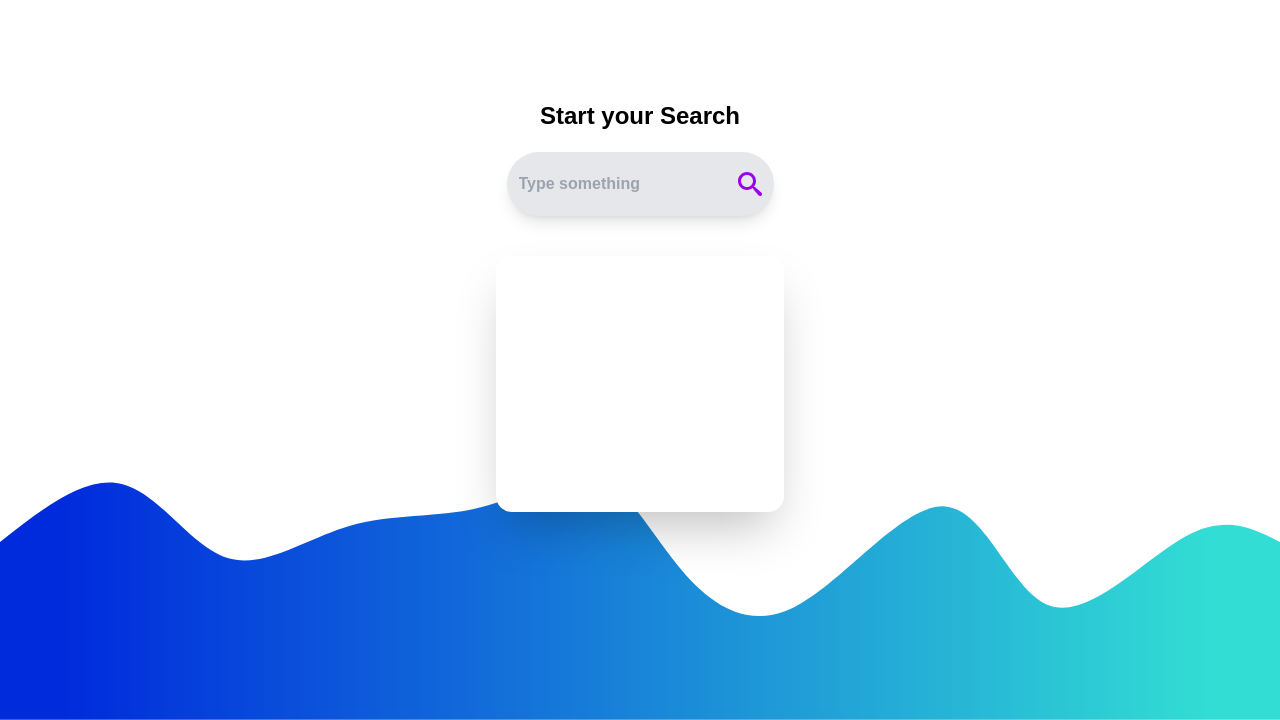
Repository: evergreenx/dictionary-octo
Page: /
An editor plug-in stored every save of this project. The page is shown before and after the next save, followed by the edit.
The browser window is 1280 px wide. The pictures show the whole page.
The page's requests for data from a server got no answer. The project was rebuilt for these pictures with package versions that can differ from the ones it lists, and the page was loaded fresh each time. The framework's server and built-in components were replaced by stand-ins that run in the browser. No one was signed in, and anything a server would have sent is missing. Also part of the build but not shown: next.config.js.

Above is the page before, as saved 2022-04-30 16:27:59.

### pages/index.js
import { useEffect, useState } from "react";

import Head from "next/head";
import Image from "next/image";
import bgimage from "../public/bg.svg";
import axios from "axios";

import { ImSearch } from "react-icons/im";
import RandomWord from "../components/RandomWord";

const Home = ({ res }) => {
  const [randomWord, setRandomWord] = useState("");
  const [intialWord, setIntialWord] = useState("");
  console.log(res);

  useEffect(() => {
    axios
      .get("https://random-word-api.herokuapp.com/word?number=1")
      .then((res) => {
        console.log(res.data);
        setRandomWord;
      });
  }, []);

  useEffect(() => {
    axios

      .get("https://api.dictionaryapi.dev/api/v2/entries/en/hello")

      .then((res) => {
        console.log(res.data);

        setIntialWord(res.data[0]);
      });
  }, []);

  console.log(intialWord, "testting");

  return (
    <div>
      <Head>
        <title>Create Next App</title>
        <meta name="description" content="Generated by create next app" />
        <link rel="icon" href="/favicon.ico" />
      </Head>

      <main className=" py-20">
        <section className="input--container pb-10 flex flex-col justify-center items-center ">
          <h1 className="text-2xl font-bold text-center py-5">
            Start your Search
          </h1>

          <div className="flex items-center bg-gray-200 shadow-lg rounded-full py-3 px-3">
            <input
              className="input--text bg-gray-200 font-bold outline-none py-2"
              type="text"
              placeholder="Type something"
            />

            <ImSearch className="text-[#9900efff] text-2xl" />
          </div>
        </section>

        <section>
          <RandomWord data={intialWord} />
        </section>
      </main>
    </div>
  );
};

export default Home;

### styles/globals.css
@tailwind base;
@tailwind components;
@tailwind utilities;

@import url("https://fonts.googleapis.com/css2?family=Quicksand&display=swap");

* {
  box-sizing: border-box;
  margin: 0;
  padding: 0;
}

body {
  background-image: url("../public/bg.svg");
  background-repeat: no-repeat;
  background-size: contain;
  background-position: bottom;

  height: 100vh;
  font-family: "Quicksand", sans-serif;
}

a {
  color: inherit;
  text-decoration: none;
}

### components/RandomWord.js
import React from "react";

const RandomWord = ({ data }) => {
  const { word, phonetics, meanings } = data;
  return (
    <div className="bg-white rounded-2xl shadow-2xl p-7 w-72 container h-64 mx-auto">
      <h2 className="font-bold text-2xl">{word}</h2>

      <p className="text-gray-400 pt-5 pb-2">
        {phonetics?.map((phonetic, index) => {
          return phonetic.text && <span key={index}>[{phonetic.text}]</span>;
        })}
      </p>

      <p className="text-black">
        {meanings?.map((text, index) => {
          return (
            text.partOfSpeech && (
              <span className="mr-4" key={index}>
                {text.partOfSpeech}
              </span>
            )
          );
        })}
      </p>

      <p className="text-black">
        {meanings?.map((text, index) => {
          return (
            text.definitions[0] && (
              <span className="mr-4" key={index}>
                {text.definitions[0].definition}
              </span>
            )
          );
        })}
      </p>
    </div>
  );
};

export default RandomWord;

Loaded but not shown: pages/_app.js (common file); tailwind.config.js (common file)

After the next save:
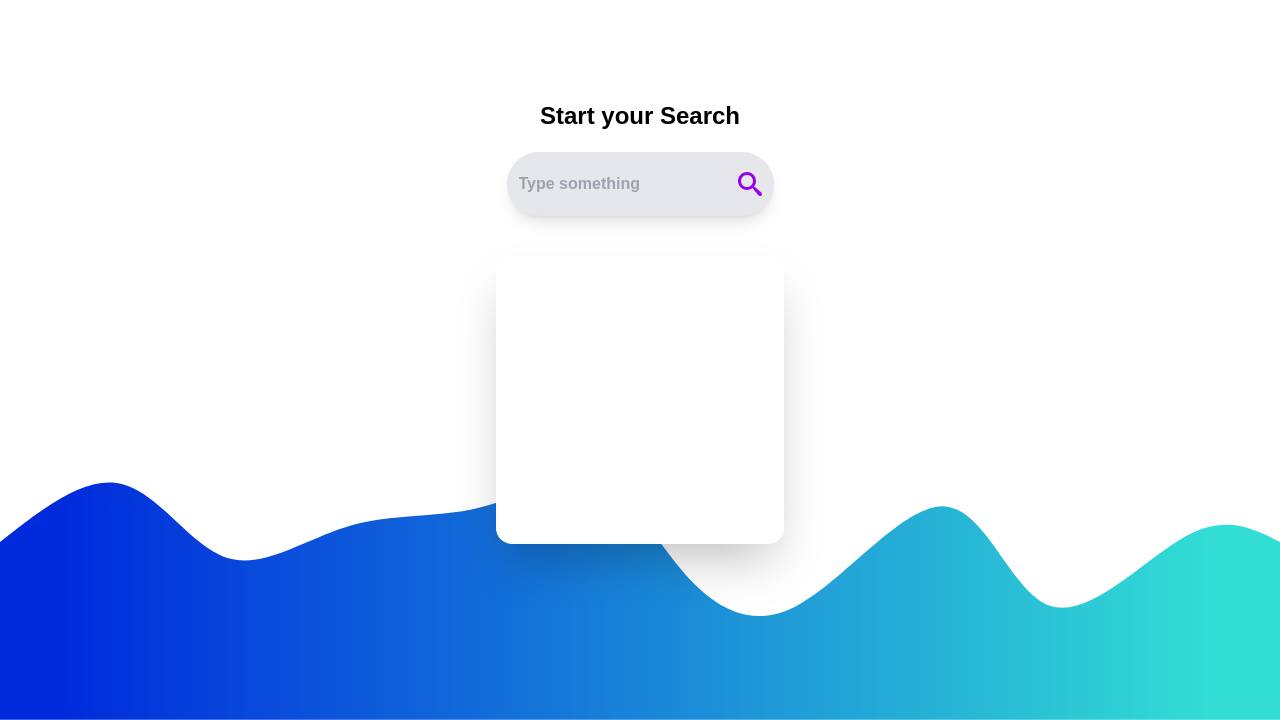
Saved 4 s later.
--- a/components/RandomWord.js
+++ b/components/RandomWord.js
@@ -3,7 +3,7 @@ import React from "react";
 const RandomWord = ({ data }) => {
   const { word, phonetics, meanings } = data;
   return (
-    <div className="bg-white rounded-2xl shadow-2xl p-7 w-72 container h-64 mx-auto">
+    <div className="bg-white rounded-2xl shadow-2xl p-7 w-72 container h-72 mx-auto">
       <h2 className="font-bold text-2xl">{word}</h2>
 
       <p className="text-gray-400 pt-5 pb-2">
